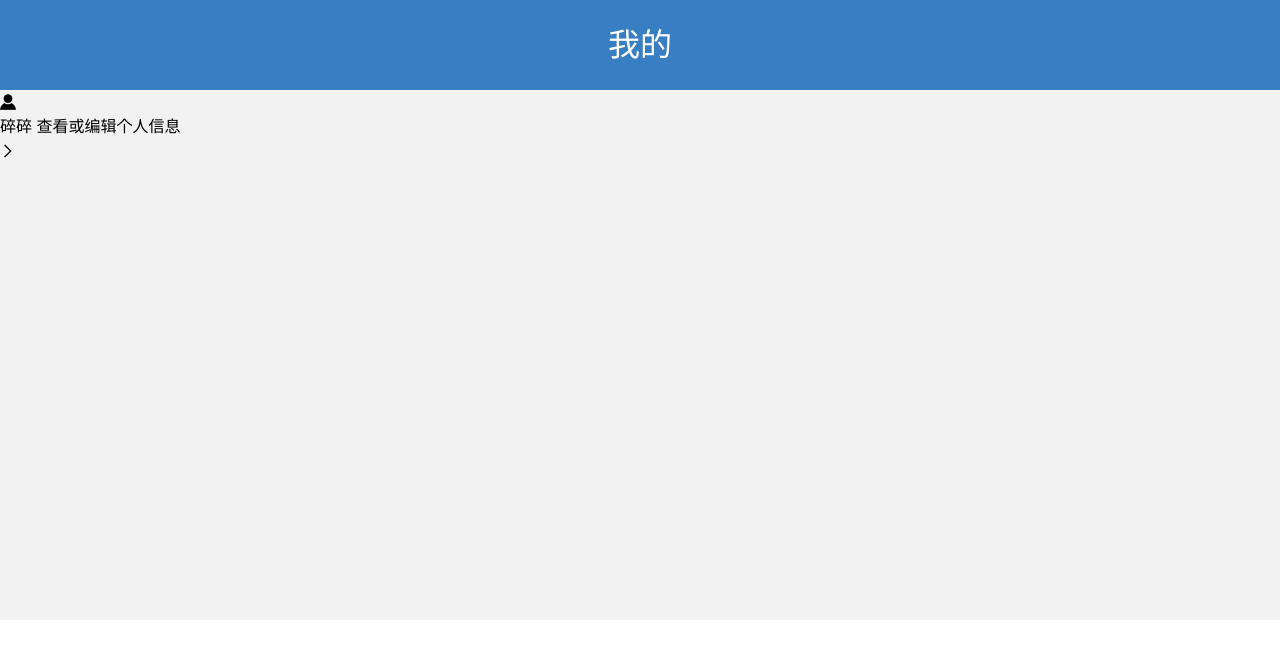
Repository: A1LExX/H5_study_set
Page: myProfile/index.html
An editor plug-in stored every save of this project. The page is shown before and after the next save, followed by the edit.
The browser window is 1280 px wide. The pictures show the whole page.

Above is the page before, as saved 2021-07-12 20:00:51.

### myProfile/index.html
<!--
@author [Alex Wei]
@email [w2262196@outlook.com]
@create date 2021-07-12 18:52:43
@modify date 2021-07-12 19:56:22
@desc [description]
-->
<!DOCTYPE html>
<html lang="en">
<head>
    <meta charset="UTF-8">
    <meta http-equiv="X-UA-Compatible" content="IE=edge">
    <meta name="viewport" content="width=device-width, initial-scale=1.0">
    <!-- 引入重制样式表 -->
    <link rel="stylesheet" href="./css/reset.css">
    <!-- 引入移动端适配js -->
    <script src="./js/rem.js"></script>
    <!-- 引入字体图标样式表 -->
    <link rel="stylesheet" href="./css/iconfont.css">
    <!-- 引入当前页面样式表 -->
    <link rel="stylesheet" href="./css/index.css">
    <title>Document</title>
</head>
<body>
    <!-- 页眉 -->
    <div id="top">我的</div>
    <!-- 中间部分 -->
    <div id="mid">
        <div class="proFile">
            <div>
                <div class="profileImg">
                    <span class="iconfont icon-icontouxiang"></span>
                </div>
                <div class="profileWord">
                    <span>碎碎</span>
                    <span>查看或编辑个人信息</span>
                </div>
            </div>
            <div class="iconfont icon-arrow-right"></div>
        </div>
        <div class="itemOne"></div>
        <div class="itemTwo"></div>
        <div class="setting"></div>
    </div>
    <!-- 页脚 -->
    <div id="footer"></div>
</body>
</html>

### myProfile/css/reset.css
/**
 * @author [Alex Wei]
 * @email [w2262196@outlook.com]
 * @create date 2021-07-12 19:03:59
 * @modify date 2021-07-12 19:05:27
 * @desc [description]
 */
/*
KISSY CSS Reset
理念：1. reset 的目的不是清除浏览器的默认样式，这仅是部分工作。清除和重置是紧密不可分的。
2. reset 的目的不是让默认样式在所有浏览器下一致，而是减少默认样式有可能带来的问题。
3. reset 期望提供一套普适通用的基础样式。但没有银弹，推荐根据具体需求，裁剪和修改后再使用。
特色：1. 适应中文；2. 基于最新主流浏览器。
维护：玉伯<lifesinger@gmail.com>, 正淳<ragecarrier@gmail.com>
 */

/** 清除内外边距 **/
body, h1, h2, h3, h4, h5, h6, hr, p, blockquote, /* structural elements 结构元素 */
dl, dt, dd, ul, ol, li, /* list elements 列表元素 */
pre, /* text formatting elements 文本格式元素 */
form, fieldset, legend, button, input, textarea, /* form elements 表单元素 */
th, td /* table elements 表格元素 */ {
  margin: 0;
  padding: 0;
}

/** 设置默认字体 **/
body,
button, input, select, textarea /* for ie */ {
  font: 12px/1.5 tahoma, arial, \5b8b\4f53, sans-serif;
}
h1, h2, h3, h4, h5, h6 { font-size: 100%; }
address, cite, dfn, em, var { font-style: normal; } /* 将斜体扶正 */
code, kbd, pre, samp { font-family: courier new, courier, monospace; } /* 统一等宽字体 */
small { font-size: 12px; } /* 小于 12px 的中文很难阅读，让 small 正常化 */

/** 重置列表元素 **/
ul, ol { list-style: none; }

/** 重置文本格式元素 **/
a { text-decoration: none; }
a:hover { text-decoration: underline; }


/** 重置表单元素 **/
legend { color: #000; } /* for ie6 */
fieldset, img { border: 0; } /* img 搭车：让链接里的 img 无边框 */
button, input, select, textarea { font-size: 100%; } /* 使得表单元素在 ie 下能继承字体大小 */
/* 注：optgroup 无法扶正 */

/** 重置表格元素 **/
table { border-collapse: collapse; border-spacing: 0; }

/* 清除浮动 */
.ks-clear:after, .clear:after {
  content: '\20';
  display: block;
  height: 0;
  clear: both;
}

.ks-clear, .clear {
  *zoom: 1;
}

### myProfile/js/rem.js
//designWidth:设计稿的实际宽度值，需要根据实际设置
//maxWidth:制作稿的最大宽度值，需要根据实际设置
//这段js的最后面有两个参数记得要设置，一个为设计稿实际宽度，一个为制作稿最大宽度，例如设计稿为750，最大宽度为750，则为(750,750)
;(function(designWidth, maxWidth) {
	var doc = document,
	win = window,
	docEl = doc.documentElement,
	remStyle = document.createElement("style"),
	tid;

	function refreshRem() {
		var width = docEl.getBoundingClientRect().width;
		maxWidth = maxWidth || 540;
		width>maxWidth && (width=maxWidth);
		//屏幕宽度 * 100 / 设计稿宽度
		var rem = width * 100 / designWidth;
		remStyle.innerHTML = 'html{font-size:' + rem + 'px;}';
	}

	if (docEl.firstElementChild) {
		docEl.firstElementChild.appendChild(remStyle);
	} else {
		var wrap = doc.createElement("div");
		wrap.appendChild(remStyle);
		doc.write(wrap.innerHTML);
		wrap = null;
	}
	//要等 wiewport 设置好后才能执行 refreshRem，不然 refreshRem 会执行2次；
	refreshRem();

	win.addEventListener("resize", function() {
		clearTimeout(tid); //防止执行两次
		tid = setTimeout(refreshRem, 300);
	}, false);

	win.addEventListener("pageshow", function(e) {
		if (e.persisted) { // 浏览器后退的时候重新计算
			clearTimeout(tid);
			tid = setTimeout(refreshRem, 300);
		}
	}, false);

	if (doc.readyState === "complete") {
		doc.body.style.fontSize = "16px";
	} else {
		doc.addEventListener("DOMContentLoaded", function(e) {
			doc.body.style.fontSize = "16px";
		}, false);
	}
})(750, 750);

### myProfile/css/iconfont.css
@font-face {
  font-family: "iconfont"; /* Project id  */
  src: url('../fonts/iconfont.ttf?t=1626088719469') format('truetype');
}

.iconfont {
  font-family: "iconfont" !important;
  font-size: 16px;
  font-style: normal;
  -webkit-font-smoothing: antialiased;
  -moz-osx-font-smoothing: grayscale;
}

.icon-arrow-right:before {
  content: "\e601";
}

.icon-fangzi:before {
  content: "\e614";
}

.icon-fangzi1:before {
  content: "\e6d3";
}

.icon-icontouxiang:before {
  content: "\e622";
}

.icon-quanquanb:before {
  content: "\e6d4";
}

.icon-baobiao:before {
  content: "\e65c";
}

.icon-liuyan:before {
  content: "\e615";
}

.icon-shouye:before {
  content: "\e60b";
}

.icon-baoming:before {
  content: "\e664";
}

.icon-shezhi:before {
  content: "\e63a";
}

.icon-dibudaohanglan-:before {
  content: "\e630";
}

.icon-renyuan:before {
  content: "\e61a";
}

### myProfile/css/index.css
/**
 * @author [Alex Wei]
 * @email [w2262196@outlook.com]
 * @create date 2021-07-12 19:23:21
 * @modify date 2021-07-12 20:00:51
 * @desc [description]
 */
html, body{
    width: 100%;
    height: 100%;
}

body{
    display: flex;
    flex-direction: column;
}

#top{
    height: .9rem;
    background: #387ec2;
    color: white;
    font-size: .32rem;
    line-height: .9rem;
    text-align: center;
}


#mid{
    flex: 1;
    background: #f2f2f2;
    overflow: scroll;
    display: flex;
    flex-direction: column;
}

#top .profileImg{
    width: 1.25rem;
    height: 1.25rem;
    background: #e3e3e3;
}

#footer{
    height: 1rem;
}

After the next save:
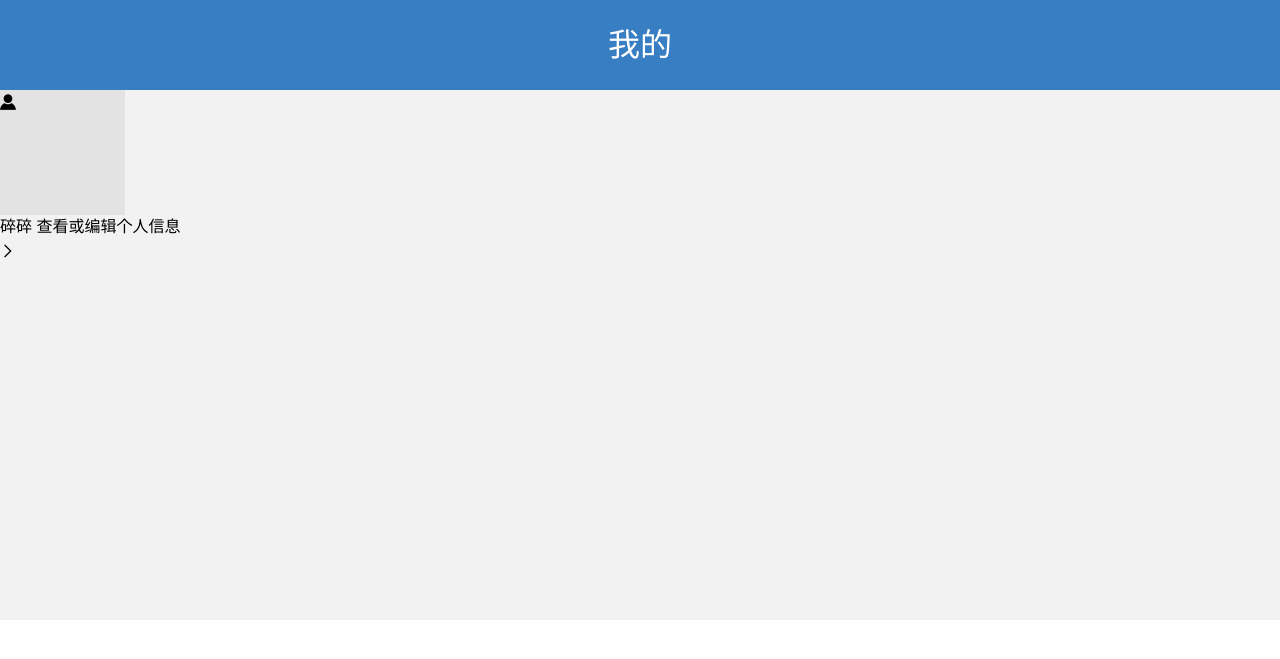
Saved 7 s later.
--- a/myProfile/css/index.css
+++ b/myProfile/css/index.css
@@ -2,7 +2,7 @@
  * @author [Alex Wei]
  * @email [w2262196@outlook.com]
  * @create date 2021-07-12 19:23:21
- * @modify date 2021-07-12 20:00:51
+ * @modify date 2021-07-12 20:00:58
  * @desc [description]
  */
 html, body{
@@ -33,7 +33,7 @@ body{
     flex-direction: column;
 }
 
-#top .profileImg{
+#mid .profileImg{
     width: 1.25rem;
     height: 1.25rem;
     background: #e3e3e3;
